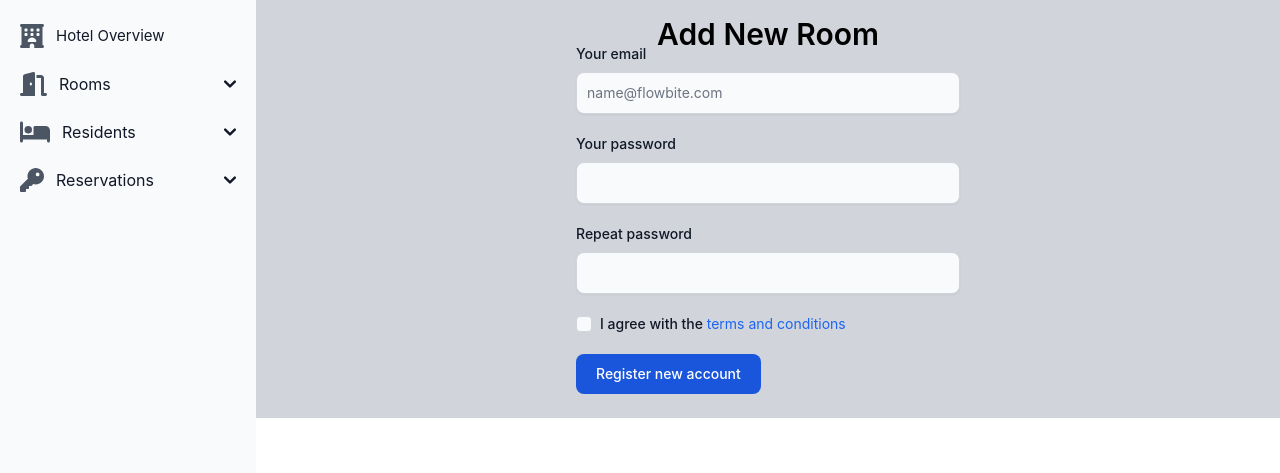
Repository: aggepap/hotelReservationsProj
Page: /rooms/add (app in admin-panel/)
The author's editor kept a copy of each file at every save. The page is drawn from the files as they stood at one save, then again after the next save.
The browser window is 1280 px wide. The pictures show the whole page.
The project was rebuilt for these pictures with package versions that can differ from the ones it lists, and the page was loaded fresh each time. Also part of the build but not shown: admin-panel/vite.config.ts, admin-panel/src/views/HomeView.vue.

Above is the page before, as saved 2025-01-19 15:52:03.

### admin-panel/index.html
<!DOCTYPE html>
<html lang="">
  <head>
    <meta charset="UTF-8" />
    <link rel="icon" href="/favicon.ico" />
    <meta name="viewport" content="width=device-width, initial-scale=1.0" />
    <title>Vite App</title>
  </head>
  <body>
    <div id="app"></div>
    <script type="module" src="/src/main.ts"></script>
  </body>
</html>

### admin-panel/src/main.ts
import "./assets/main.css";
import "primeicons/primeicons.css";
import "flowbite";

import { createApp } from "vue";
import App from "./App.vue";
import router from "./router";

const app = createApp(App);

app.use(router);

app.mount("#app");

### admin-panel/src/assets/main.css
@import "./base.css";
@tailwind base;
@tailwind components;
@tailwind utilities;

### admin-panel/src/App.vue
<script setup lang="ts">
import { RouterLink, RouterView } from "vue-router";
import { FontAwesomeIcon } from "@fortawesome/vue-fontawesome";
import { faDoorOpen } from "@fortawesome/free-solid-svg-icons";
import { faHotel } from "@fortawesome/free-solid-svg-icons";
import { faBed } from "@fortawesome/free-solid-svg-icons";
import { faKey } from "@fortawesome/free-solid-svg-icons";
</script>

<template>
  <button
    data-drawer-target="sidebar-multi-level-sidebar"
    data-drawer-toggle="sidebar-multi-level-sidebar"
    aria-controls="sidebar-multi-level-sidebar"
    type="button"
    class="inline-flex items-center p-2 mt-2 ms-3 text-sm text-gray-500 rounded-lg sm:hidden hover:bg-gray-100 focus:outline-none focus:ring-2 focus:ring-gray-200 dark:text-gray-400 dark:hover:bg-gray-700 dark:focus:ring-gray-600"
  >
    <span class="sr-only">Open sidebar</span>
    <svg
      class="w-6 h-6"
      aria-hidden="true"
      fill="currentColor"
      viewBox="0 0 20 20"
      xmlns="http://www.w3.org/2000/svg"
    >
      <path
        clip-rule="evenodd"
        fill-rule="evenodd"
        d="M2 4.75A.75.75 0 012.75 4h14.5a.75.75 0 010 1.5H2.75A.75.75 0 012 4.75zm0 10.5a.75.75 0 01.75-.75h7.5a.75.75 0 010 1.5h-7.5a.75.75 0 01-.75-.75zM2 10a.75.75 0 01.75-.75h14.5a.75.75 0 010 1.5H2.75A.75.75 0 012 10z"
      ></path>
    </svg>
  </button>
  <section class="flex flex-row justify-between items-center">
    <aside
      id="sidebar-multi-level-sidebar"
      class="fixed top-0 left-0 z-40 w-64 h-screen transition-transform -translate-x-full sm:translate-x-0"
      aria-label="Sidebar"
    >
      <div class="h-full px-3 py-4 overflow-y-auto bg-gray-50 dark:bg-gray-800">
        <ul class="space-y-2 font-medium">
          <li>
            <a
              href="#"
              class="flex items-center p-2 text-gray-900 rounded-lg dark:text-white hover:bg-gray-100 dark:hover:bg-gray-700 group"
            >
              <FontAwesomeIcon class="text-gray-600 text-2xl" :icon="faHotel" />
              <span class="ms-3">Hotel Overview</span>
            </a>
          </li>
          <li>
            <button
              type="button"
              class="flex items-center w-full p-2 text-base text-gray-900 transition duration-75 rounded-lg group hover:bg-gray-100 dark:text-white dark:hover:bg-gray-700"
              aria-controls="dropdown-rooms"
              data-collapse-toggle="dropdown-rooms"
            >
              <FontAwesomeIcon
                class="text-gray-600 text-2xl"
                :icon="faDoorOpen"
              />

              <span
                class="flex-1 ms-3 text-left rtl:text-right whitespace-nowrap"
                >Rooms</span
              >
              <svg
                class="w-3 h-3"
                aria-hidden="true"
                xmlns="http://www.w3.org/2000/svg"
                fill="none"
                viewBox="0 0 10 6"
              >
                <path
                  stroke="currentColor"
                  stroke-linecap="round"
                  stroke-linejoin="round"
                  stroke-width="2"
                  d="m1 1 4 4 4-4"
                />
              </svg>
            </button>
            <ul id="dropdown-rooms" class="hidden py-2 space-y-2">
              <li>
                <RouterLink
                  to="/rooms/add"
                  class="flex justify-start gap-2 items-start w-full p-2 text-gray-900 transition duration-75 rounded-lg pl-11 group hover:bg-gray-100 dark:text-white dark:hover:bg-gray-700"
                >
                  <i class="pi pi-plus pt-1"></i> Add new Room</RouterLink
                >
              </li>
            </ul>
          </li>
          <li>
            <button
              type="button"
              class="flex items-center w-full p-2 text-base text-gray-900 transition duration-75 rounded-lg group hover:bg-gray-100 dark:text-white dark:hover:bg-gray-700"
              aria-controls="dropdown-residents"
              data-collapse-toggle="dropdown-residents"
            >
              <FontAwesomeIcon class="text-gray-600 text-2xl" :icon="faBed" />

              <span
                class="flex-1 ms-3 text-left rtl:text-right whitespace-nowrap"
                >Residents</span
              >
              <svg
                class="w-3 h-3"
                aria-hidden="true"
                xmlns="http://www.w3.org/2000/svg"
                fill="none"
                viewBox="0 0 10 6"
              >
                <path
                  stroke="currentColor"
                  stroke-linecap="round"
                  stroke-linejoin="round"
                  stroke-width="2"
                  d="m1 1 4 4 4-4"
                />
              </svg>
            </button>
            <ul id="dropdown-residents" class="hidden py-2 space-y-2">
              <li>
                <a
                  href="#"
                  class="flex justify-start gap-2 items-start w-full p-2 text-gray-900 transition duration-75 rounded-lg pl-11 group hover:bg-gray-100 dark:text-white dark:hover:bg-gray-700"
                >
                  <i class="pi pi-plus pt-1"></i> Add a Resident</a
                >
              </li>
            </ul>
          </li>
          <li>
            <button
              type="button"
              class="flex items-center w-full p-2 text-base text-gray-900 transition duration-75 rounded-lg group hover:bg-gray-100 dark:text-white dark:hover:bg-gray-700"
              aria-controls="dropdown-reservations"
              data-collapse-toggle="dropdown-reservations"
            >
              <FontAwesomeIcon class="text-gray-600 text-2xl" :icon="faKey" />

              <span
                class="flex-1 ms-3 text-left rtl:text-right whitespace-nowrap"
                >Reservations</span
              >
              <svg
                class="w-3 h-3"
                aria-hidden="true"
                xmlns="http://www.w3.org/2000/svg"
                fill="none"
                viewBox="0 0 10 6"
              >
                <path
                  stroke="currentColor"
                  stroke-linecap="round"
                  stroke-linejoin="round"
                  stroke-width="2"
                  d="m1 1 4 4 4-4"
                />
              </svg>
            </button>
            <ul id="dropdown-reservations" class="hidden py-2 space-y-2">
              <li>
                <a
                  href="#"
                  class="flex justify-start gap-2 items-start w-full p-2 text-gray-900 transition duration-75 rounded-lg pl-11 group hover:bg-gray-100 dark:text-white dark:hover:bg-gray-700"
                >
                  <i class="pi pi-plus pt-1"></i> Add a Reservation</a
                >
              </li>
            </ul>
          </li>
        </ul>
      </div>
    </aside>

    <main class="flex items-start h-screen w-full pl-64">
      <div class="mx-auto w-full md:p-6 bg-gray-300 pt-12">
        <RouterView />
      </div>
    </main>
  </section>
</template>

### admin-panel/src/router/index.ts
import { createRouter, createWebHistory } from "vue-router";
import HomeView from "../views/HomeView.vue";
import AddRoomView from "@/views/roomviews/AddRoomView.vue";

const router = createRouter({
  history: createWebHistory(import.meta.env.BASE_URL),
  routes: [
    {
      path: "/",
      name: "home",
      component: HomeView,
    },
    {
      path: "/rooms/add",
      name: "addRoom",
      component: AddRoomView,
    },
    {
      path: "/about",
      name: "about",
      // route level code-splitting
      // this generates a separate chunk (About.[hash].js) for this route
      // which is lazy-loaded when the route is visited.
      component: () => import("../views/AboutView.vue"),
    },
  ],
});

export default router;

### admin-panel/src/views/roomviews/AddRoomView.vue
<script setup></script>

<template>
  <h2 class="text-black text-3xl text-center leading-5 font-semibold">
    Add New Room
  </h2>
  <form class="max-w-sm mx-auto">
    <div class="mb-5">
      <label
        for="email"
        class="block mb-2 text-sm font-medium text-gray-900 dark:text-white"
        >Your email</label
      >
      <input
        type="email"
        id="email"
        class="shadow-sm bg-gray-50 border border-gray-300 text-gray-900 text-sm rounded-lg focus:ring-blue-500 focus:border-blue-500 block w-full p-2.5 dark:bg-gray-700 dark:border-gray-600 dark:placeholder-gray-400 dark:text-white dark:focus:ring-blue-500 dark:focus:border-blue-500 dark:shadow-sm-light"
        placeholder="name@flowbite.com"
        required
      />
    </div>
    <div class="mb-5">
      <label
        for="password"
        class="block mb-2 text-sm font-medium text-gray-900 dark:text-white"
        >Your password</label
      >
      <input
        type="password"
        id="password"
        class="shadow-sm bg-gray-50 border border-gray-300 text-gray-900 text-sm rounded-lg focus:ring-blue-500 focus:border-blue-500 block w-full p-2.5 dark:bg-gray-700 dark:border-gray-600 dark:placeholder-gray-400 dark:text-white dark:focus:ring-blue-500 dark:focus:border-blue-500 dark:shadow-sm-light"
        required
      />
    </div>
    <div class="mb-5">
      <label
        for="repeat-password"
        class="block mb-2 text-sm font-medium text-gray-900 dark:text-white"
        >Repeat password</label
      >
      <input
        type="password"
        id="repeat-password"
        class="shadow-sm bg-gray-50 border border-gray-300 text-gray-900 text-sm rounded-lg focus:ring-blue-500 focus:border-blue-500 block w-full p-2.5 dark:bg-gray-700 dark:border-gray-600 dark:placeholder-gray-400 dark:text-white dark:focus:ring-blue-500 dark:focus:border-blue-500 dark:shadow-sm-light"
        required
      />
    </div>
    <div class="flex items-start mb-5">
      <div class="flex items-center h-5">
        <input
          id="terms"
          type="checkbox"
          value=""
          class="w-4 h-4 border border-gray-300 rounded bg-gray-50 focus:ring-3 focus:ring-blue-300 dark:bg-gray-700 dark:border-gray-600 dark:focus:ring-blue-600 dark:ring-offset-gray-800 dark:focus:ring-offset-gray-800"
          required
        />
      </div>
      <label
        for="terms"
        class="ms-2 text-sm font-medium text-gray-900 dark:text-gray-300"
        >I agree with the
        <a href="#" class="text-blue-600 hover:underline dark:text-blue-500"
          >terms and conditions</a
        ></label
      >
    </div>
    <button
      type="submit"
      class="text-white bg-blue-700 hover:bg-blue-800 focus:ring-4 focus:outline-none focus:ring-blue-300 font-medium rounded-lg text-sm px-5 py-2.5 text-center dark:bg-blue-600 dark:hover:bg-blue-700 dark:focus:ring-blue-800"
    >
      Register new account
    </button>
  </form>
</template>

### admin-panel/tailwind.config.js
/** @type {import('tailwindcss').Config} */
export default {
  content: [
    "./index.html",
    "./src/**/*.{vue,js,ts,jsx,tsx}",
    "./node_modules/flowbite/**/*.js",
  ],
  theme: {
    extend: {},
  },
  plugins: [require("flowbite/plugin")],
};

Loaded but not shown: admin-panel/src/assets/base.css (common file)

After the next save:
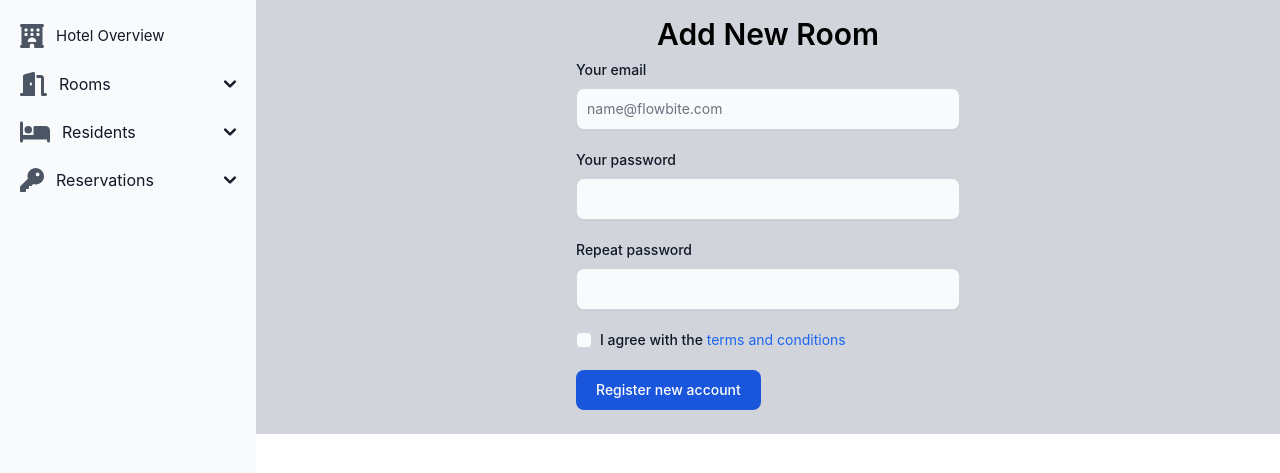
Saved 7 s later.
--- a/admin-panel/src/views/roomviews/AddRoomView.vue
+++ b/admin-panel/src/views/roomviews/AddRoomView.vue
@@ -1,7 +1,7 @@
 <script setup></script>
 
 <template>
-  <h2 class="text-black text-3xl text-center leading-5 font-semibold">
+  <h2 class="text-black text-3xl text-center leading-5 font-semibold mb-4">
     Add New Room
   </h2>
   <form class="max-w-sm mx-auto">
